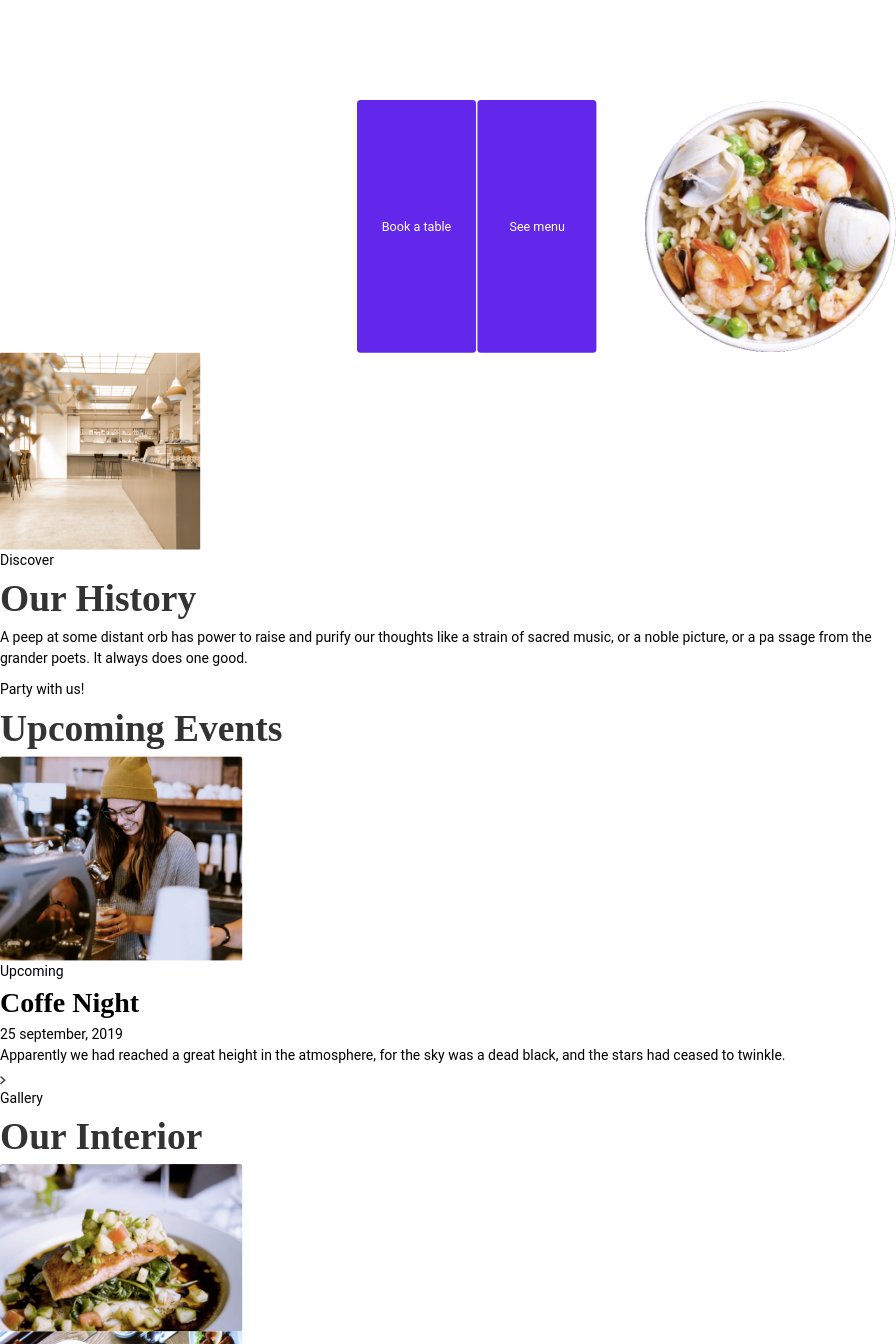
Repository: murilopellis-12/Tailwind-Prova
Page: index.html
The author's editor kept a copy of each file at every save. The page is drawn from the files as they stood at one save, then again after a run of saves.
The browser window is 1280 px wide. The pictures show the part of the page from y = 0 to 1920 px (the page is 4330 px tall before and 4325 px after), at 70% of full size.

Above is the page before, as saved 2026-10-26 20:27:37.
Not found: style.css

### index.html
<!doctype html>
<html lang="pt-BR" class="f">
  <head>
    <meta charset="UTF-8" />
    <meta name="viewport" content="width=device-width, initial-scale=1.0" />
    <title>PROVA FRONT-END</title>
    <script src="https://cdn.jsdelivr.net/npm/@tailwindcss/browser@4"></script>
    <style type="text/tailwindcss">
      @theme {
        --espaco-pequeno: clamp(
          1.5rem,
          calc(-2.725rem + 11.268vw),
          13.5rem
        ); /* min: 15px, max: 135px */
        --padding-topo: clamp(8rem, calc(5.183rem + 7.512vw), 16rem);

        /*Cores*/
        --cor-primaria: #333;
        --cor-secundaria: #f9f7f2;
        --cor-terciaria: #fff;
        --complementar-roxo: #6327eb;
        --borda-menu: rgba(255, 255, 255, 0.3);
        --paragrafos-claros: rgba(51, 51, 51, 0.5);
        --borda-formulario: #dadada;
      }

      html {
        font-size: 62.5%;
      }

      * {
        margin: 0;
        padding: 0;
        box-sizing: border-box;
      }

      h1 {
        font-size: clamp(
          5.6rem,
          calc(5.037rem + 1.502vw),
          7.2rem
        ); /* min: 56px, max: 72px */
        color: var(--cor-terciaria);
        font-weight: bold;
        font-family: "PT Serif";
      }

      h2 {
        font-size: clamp(
          4rem,
          calc(3.437rem + 1.502vw),
          5.6rem
        ); /* min: 40px, max: 56px */
        font-family: "PT Serif";
        font-weight: bold;
        color: var(--cor-primaria);
      }

      h3 {
        font-size: 4rem;
        font-family: "PT Serif";
        font-weight: bold;
      }

      p {
        font-family: "Roboto";
        font-size: 2rem;
      }

      button {
        font-family: "Roboto";
        color: var(--cor-terciaria);
        font-weight: normal;
        border-radius: 5px;
      }
    </style>
    <link rel="stylesheet" href="style.css" />
  </head>

  <body>
    <header class="header-principal bg-[linear-gradient(rgba(51,51,51,0.9),_rgba(51,51,51,0.9)),_url('img/imagem-fundo.png')] bg-cover bg-center w-[100%] h-auto p-[1.6rem_var(--espaco-pequeno)_clamp(5rem,calc(3.592rem+3.756vw),9rem)_var(--espaco-pequeno)]
    flex flex-col gap-[clamp(4.3rem,calc(2.645rem+4.413vw),9rem)]">
      <div class="conteudo-header flex justify-between w-[100%] items-center">
        <div>
          <a aria-label="redireciona para o início" id="ancora-header" href="#"
            class="text-[4rem] no-underline text-[var(--cor-terciaria)] font-bold">REST</a
          >
        </div>
        <div class="menu-hamburguer-div">
          <button id="botao-menu-hamburguer" class="w-[4.8rem] h-[4.8rem] rounded-[50%] border border-solid border-[var(--borda-menu)] bg-transparent">
            <img
              src="img/menu-hamburguer.png"
              alt="menu hamburguer do header"
            />
          </button>
        </div>
        <nav class="navegacao-header-desktop hidden">
          <ul class="flex flex-row gap-[3.2rem] justify-evenly">
            <li class="list-none text-[2rem] font-light text-[var(--cor-terciaria)] no-underline"><a class="list-none text-[2rem] font-light text-[var(--cor-terciaria)]" no-underline aria-label="abre Sobre" href="">About Us</a></li>
            <li class="list-none text-[2rem] font-light text-[var(--cor-terciaria)] no-underline"><a class="list-none text-[2rem] font-light text-[var(--cor-terciaria)]" no-underline aria-label="abre Menu" href="">Menu</a></li>
            <li class="list-none text-[2rem] font-light text-[var(--cor-terciaria)] no-underline"><a class="list-none text-[2rem] font-light text-[var(--cor-terciaria)]" no-underline aria-label="abre Eventos" href="">Events</a></li>
            <li class="list-none text-[2rem] font-light text-[var(--cor-terciaria)] no-underline"><a class="list-none text-[2rem] font-light text-[var(--cor-terciaria)]" no-underline aria-label="abre Notícias" href="">News</a></li>
            <li class="list-none text-[2rem] font-light text-[var(--cor-terciaria)] no-underline"><a class="list-none text-[2rem] font-light text-[var(--cor-terciaria)]" no-underline aria-label="abre contatos" href="">Contact</a></li>
          </ul>
        </nav>
        <div class="desktop-div-redes-sociais hidden">
          <nav class="navegacao-redes-sociais-header flex gap-[0.8rem]">
            <a aria-label="abre Facebook" class="circulos-navegacao w-[4.8rem] h-[4.8rem] rounded-[50%] border border-solid border-[var(--borda-menu)] flex justify-center items-center" href=""
              ><img src="img/facebook.png" alt="logo do Facebook"
            /></a>
            <a aria-label="abre Twitter" class="circulos-navegacao" href=""
              ><img
                class="logo-twitter-ancora"
                src="img/twitter.png"
                alt="logo do Twitter"
            /></a>
            <a aria-label="abre Instagram" class="circulos-navegacao" href=""
              ><img src="img/instagram.png" alt="logo do Instagram"
            /></a>
          </nav>
        </div>
      </div>
      <div class="div-agrupar-conteudo-hero flex flex-column gap-[clamp(3.6rem,calc(1.982rem+4.314vw),6.4rem)]">
        <div class="conteudo-hero h-auto flex flex-column justify-center gap-[4rem]">
          <h1 id="h1-pagina-principal">Welcome to our restaurant</h1>
          <p id="horario-funcionamento-hero" class="text-[2.4rem] font-light text-[var(--cor-terciaria)]">Everyday 8:00 am - 23:00 pm</p>
          <div class="botoes-hero grid grid-cols-[1fr_1fr] gap-[clamp(0.6rem,calc(-0.245rem + 2.254vw),3rem)] h-auto w-[100%] max-w-[345px]">
            <button
              aria-label="abre a reserva de mesa"
              class="botoes-hero-class p-[1.2rem_0] text-[var(--cor-terciaria)] text-[1.8rem] max-w-[170px] border-0 bg-[var(--complementar-roxo)]"
              id="botao-livro-mesa"
            >
              Book a table
            </button>
            <button
              aria-label="abre o menu"
              class="botoes-hero-class p-[1.2rem_0] text-[var(--cor-terciaria)] text-[1.8rem] max-w-[170px] border-0 bg-[var(--complementar-roxo)] border border-solid border-[var(--borda-menu)]"
              id="botao-ver-menu"
            >
              See menu
            </button>
          </div>
        </div>
        <div class="div-imagem-hero w-auto h-auto flex justify-center">
          <img
            class="w-[100%] max-w-[570px] h-auto"
            id="imagem-sopa-hero"
            src="img/sopa.png"
            alt="imagem de uma sopa"
          />
        </div>
      </div>
    </header>
    <main>
      <section class="secao-nossa-historia">
        <div class="conteudo-nossa-historia">
          <div class="div-imagem-nossa-historia">
            <img
              src="img/nossa-historia-imagem.png"
              alt="imagem de uma cozinha"
            />
          </div>
          <div class="nossa-historia-texto">
            <p class="categorias-site" id="categoria-descobrir">Discover</p>
            <h2 id="nossa-historia-h2">Our History</h2>
            <p class="paragrafos-site">
              A peep at some distant orb has power to raise and purify our
              thoughts like a strain of sacred music, or a noble picture, or a
              pa ssage from the grander poets. It always does one good.
            </p>
            <div class="div-botao-ler-mais">
              <button aria-label="abre o Ler Mais" id="botao-ler-mais-historia">
                Read more
              </button>
            </div>
          </div>
        </div>
      </section>
      <section class="secao-eventos-futuros">
        <div class="titulos-secao-eventos-futuros">
          <p id="paragrafo-titulo-eventos-futuros">Party with us!</p>
          <h2 id="h2-titulo-eventos-futuros">Upcoming Events</h2>
        </div>
        <div class="forma-eventos-futuros">
          <div class="imagem-evento-futuro">
            <img
              id="imagem-mulher-fazendo-cafe"
              src="img/mulher-fazendo-cafe.png"
              alt="mulher fazendo café em uma máquina"
            />
          </div>
          <div class="conteudo-escrito-eventos">
            <p class="categorias-site" id="categoria-futuro">Upcoming</p>
            <h3>Coffe Night</h3>
            <p id="data-eventos-futuros">25 september, 2019</p>
            <p class="paragrafos-site">
              Apparently we had reached a great height in the atmosphere, for
              the sky was a dead black, and the stars had ceased to twinkle.
            </p>
            <div class="div-botao-ler-mais">
              <button
                aria-label="redireciona a reserva de mesa"
                id="botao-reservar-mesa"
              >
                Book a table
              </button>
            </div>
          </div>
          <div class="proxima-pagina">
            <button id="seta-proxima-pagina">
              <img
                src="img/flecha-proxima.png"
                alt="ícone de flecha que guia para outra página"
              />
            </button>
          </div>
        </div>
      </section>
      <section class="secao-galeria-fotos">
        <div class="titulos-secao-galeria-fotos">
          <p id="paragrafo-titulo-galeria">Gallery</p>
          <h2 id="h2-titulo-galeria">Our Interior</h2>
        </div>
        <div class="imagens-galeria">
          <img
            class="imagens-da-galeria"
            src="img/galeria/salmao.png"
            alt="prato com temperos e salmão"
          />
          <img
            class="imagens-da-galeria"
            src="img/galeria/pratos.png"
            alt="pratos preparados com diversos alimentos"
          />
          <img
            class="imagens-da-galeria"
            src="img/galeria/mesas-cadeiras.png"
            alt="mesas preparadas com diversas cadeiras"
          />
          <img
            class="imagens-da-galeria"
            src="img/galeria/mesa-individual.png"
            alt="uma unidade de mesa com lugar para 4 pessoas"
          />
          <img
            class="imagens-da-galeria"
            src="img/galeria/mesa-com-garcom.png"
            alt="mesas e cadeiras sendo organizados por uma garçom"
          />
          <img
            class="imagens-da-galeria"
            src="img/galeria/mesa-preparada.png"
            alt="mesa com talheres e guardanapos postos e preparados"
          />
        </div>
      </section>
      <section class="secao-sobre-nos">
        <div class="titulos-secao-sobre-nos">
          <p class="categorias-site" id="paragrafo-titulo-sobre-nos">Press</p>
          <h2 id="h2-titulo-sobre-nos">About Us</h2>
        </div>
        <div class="cartoes-conjunto">
          <div class="cartoes-autoras" id="autora-york-times">
            <img
              class="logo-titulo"
              src="img/the-new-york-logo.png"
              alt="logo do The New York Times"
            />
            <p class="citacao-autora">
              "Apparently we had reached a great height in the atmosphere, for
              the sky was a dead black, and the stars had ceased to twinkle. By
              the same illusion which lifts the horizon of the sea to the
              level."
            </p>
            <p class="nome-autora-rodape">The New York Times</p>
          </div>
          <div class="cartoes-autoras" id="autora-the-guardian">
            <img
              class="logo-titulo"
              src="img/the-guardian-logo.png"
              alt="logo do The Guardian"
            />
            <p class="citacao-autora">
              "Apparently we had reached a great height in the atmosphere, for
              the sky was a dead black, and the stars had ceased to twinkle. By
              the same illusion which lifts the horizon of the sea to the
              level."
            </p>
            <p class="nome-autora-rodape">The Guardian</p>
          </div>
          <div class="cartoes-autoras" id="autora-wall-street">
            <img
              class="logo-titulo"
              src="img/wall-street-jornal-logo.png"
              alt="logo do Wall Street Jornal"
            />
            <p class="citacao-autora">
              "Apparently we had reached a great height in the atmosphere, for
              the sky was a dead black, and the stars had ceased to twinkle. By
              the same illusion which lifts the horizon of the sea to the
              level."
            </p>
            <p class="nome-autora-rodape">The Wall Street Jornal</p>
          </div>
        </div>
      </section>
      <section class="secao-reservar-mesa">
        <div class="area-reserva-mesa">
          <div>
            <p class="categorias-site" id="paragrafo-titulo-reserva">Reserve</p>
            <h2 id="h2-titulo-reserva-mesa">A Table</h2>
          </div>
          <form action="#" class="formulario-reserva-mesa">
            <div
              class="campos-preencher-formulario-reserva"
              id="formulario-campo-data"
            >
              <label for="data">DATE</label>
              <input
                type="text"
                id="data"
                name="data"
                placeholder="9/26/2019"
              />
            </div>
            <div
              class="campos-preencher-formulario-reserva"
              id="formulario-campo-tempo"
            >
              <label for="hora">TIME</label>
              <input type="text" name="hora" id="hora" placeholder="7:00 pm" />
            </div>
            <div
              class="campos-preencher-formulario-reserva"
              id="formulario-campo-visitantes"
            >
              <label for="numero-pessoas">GUESTS</label>
              <input
                type="number"
                name="numero-pessoas"
                id="numero-pessoas"
                placeholder="2 people"
              />
            </div>
            <div id="formulario-campo-envio">
              <button
                aria-label="redireciona para reserva de mesa"
                id="botao-envio-reserva"
                type="submit"
              >
                Find a table
              </button>
            </div>
          </form>
        </div>
        <div class="div-imagem-secao-reserva">
          <img src="img/mesa-organizada.png" alt="mesa organizada" />
        </div>
      </section>
    </main>
    <footer class="footer-principal">
      <div>
        <h3 id="h3-rodape-pagina">REST</h3>
      </div>
      <nav class="navegacao-rodape">
        <ul>
          <li>About Us</li>
          <li>Menu</li>
          <li>Events</li>
          <li>News</li>
          <li>Contact</li>
        </ul>
      </nav>
      <nav class="redes-sociais-rodape-botoes">
        <a aria-label="abre Facebook" class="circulos-navegacao" href=""
          ><img src="img/facebook.png" alt="logo do Facebook"
        /></a>
        <a aria-label="abre Twitter" class="circulos-navegacao" href=""
          ><img
            class="logo-twitter-ancora"
            src="img/twitter.png"
            alt="logo do Twitter"
        /></a>
        <a aria-label="abre Instagram" class="circulos-navegacao" href=""
          ><img src="img/instagram.png" alt="logo do Instagram"
        /></a>
      </nav>
      <div class="direitos-reservados-rodape">
        <p id="paragrafo-direitos-reservados">
          2019 Restaurant. All Rights Reserved.
        </p>
      </div>
    </footer>
  </body>
</html>

After the next 4 saves:
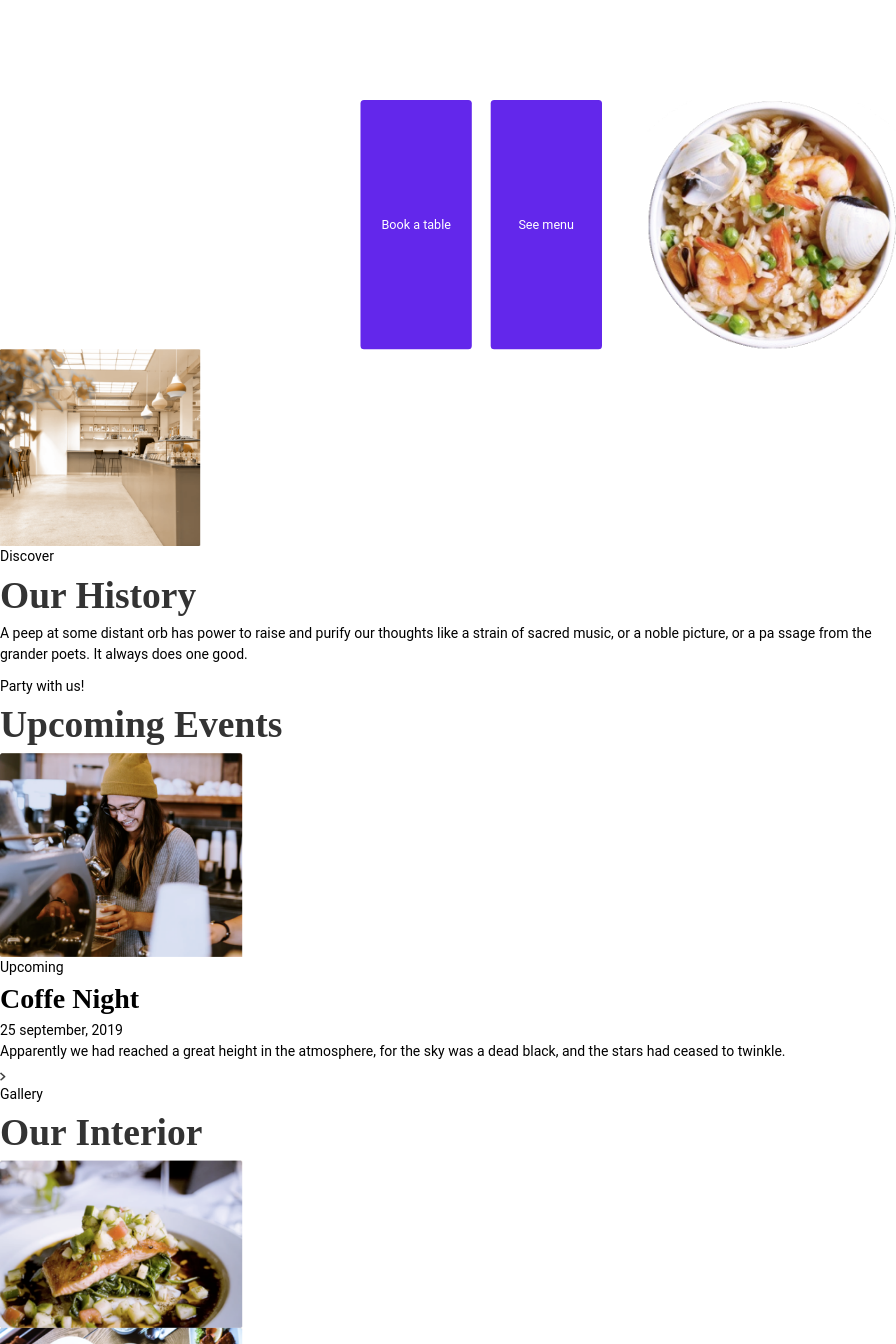
The 4 saves are shown as one change because they came seconds apart.
The last was saved 11 s later.
--- a/index.html
+++ b/index.html
@@ -124,7 +124,7 @@
         <div class="conteudo-hero h-auto flex flex-column justify-center gap-[4rem]">
           <h1 id="h1-pagina-principal">Welcome to our restaurant</h1>
           <p id="horario-funcionamento-hero" class="text-[2.4rem] font-light text-[var(--cor-terciaria)]">Everyday 8:00 am - 23:00 pm</p>
-          <div class="botoes-hero grid grid-cols-[1fr_1fr] gap-[clamp(0.6rem,calc(-0.245rem + 2.254vw),3rem)] h-auto w-[100%] max-w-[345px]">
+          <div class="botoes-hero grid grid-cols-[1fr_1fr] gap-[clamp(0.6rem,calc(-0.245rem+2.254vw),3rem)] h-auto w-[100%] max-w-[345px]">
             <button
               aria-label="abre a reserva de mesa"
               class="botoes-hero-class p-[1.2rem_0] text-[var(--cor-terciaria)] text-[1.8rem] max-w-[170px] border-0 bg-[var(--complementar-roxo)]"
